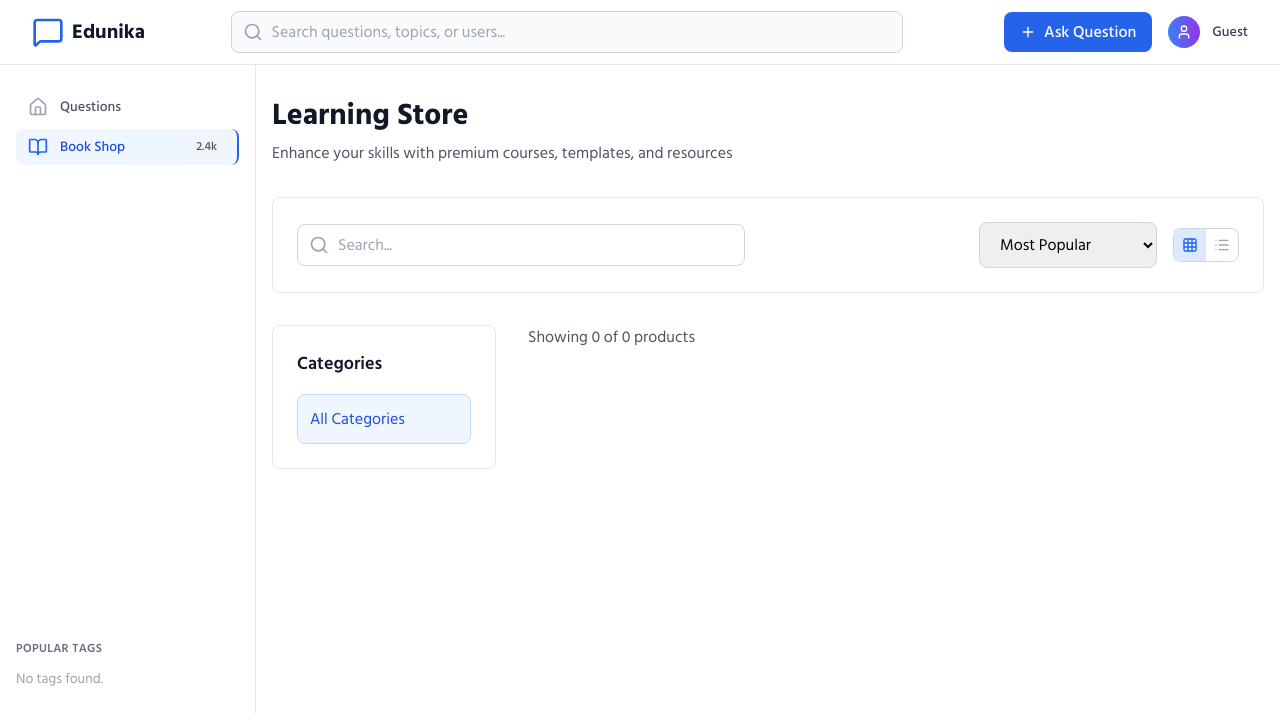
Repository: Ruddro420/forum-front-end
Page: /shop
These files come from the project's save history. The page is drawn as it stood at one moment and after the next save; the edit follows.
The browser window is 1280 px wide. The pictures show the whole page.
The page's requests for data from a server got no answer. The project was rebuilt for these pictures with package versions that can differ from the ones it lists, and the page was loaded fresh each time. No one was signed in, and anything a server would have sent is missing. Also part of the build but not shown: vite.config.js, src/Pages/Home.jsx, src/components/FilterBar.jsx, src/components/ActivityFeed.jsx, src/components/StatsWidget.jsx, src/components/Question/QuestionCard.jsx, src/components/Question/QuestionList.jsx, src/Pages/ForumPage.jsx and 11 more.

Above is the page before, as saved 2025-08-08 01:53:39.

### index.html
<!doctype html>
<html lang="en" data-theme="light">

<head>
  <meta charset="UTF-8" />
  <link rel="icon" type="image/svg+xml" href="/vite.svg" />
  <meta name="viewport" content="width=device-width, initial-scale=1.0" />
  <link rel="preconnect" href="https://fonts.googleapis.com">
  <link rel="preconnect" href="https://fonts.gstatic.com" crossorigin>
  <link href="https://fonts.googleapis.com/css2?family=Hind+Siliguri:wght@300;400;500;600;700&display=swap"
    rel="stylesheet">
  <style>
    body {
      font-family: "Hind Siliguri", sans-serif !important;
    }
  </style>
  <title>Edunika</title>
</head>

<body>
  <div id="root"></div>
  <script type="module" src="/src/main.jsx"></script>
</body>

</html>

### src/main.jsx
import { StrictMode } from 'react'
import { createRoot } from 'react-dom/client'
import './index.css'
import { createBrowserRouter, RouterProvider } from "react-router";
import MainLayout from './Layouts/MainLayout';
import Home from './Pages/Home';
import ForumPage from './Pages/ForumPage';
import AskQuestion from './Pages/AskQuestion';
import ShopPage from './Pages/ShopPage';
import QuestionDetail from './Pages/QuestionDetail';
import ChatInterface from './Pages/ChatInterface';
import StudentProfile from './Pages/StudentProfile';
import StudentDashboard from './Pages/StudentDashboard';
import Register from './Pages/Register';
import Login from './Pages/Login';
import PrivateRoute from './Auth/PrivateRoute';
import { AuthProvider } from './Auth/context/AuthContext';
import Categories from './Pages/Categories';

const router = createBrowserRouter([
  {
    path: "",
    element: <MainLayout />,
    children: [
      { path: "/", element: <ForumPage /> },
      { path: "/questions", element: <ForumPage /> },
      { path: "/shop", element: <ShopPage /> },
      { path: "/category/:id", element: <Categories /> },
    ]
  },
  {
    path: "",
    element: <PrivateRoute><MainLayout /></PrivateRoute>,
    children: [
      { path: "/ask-question", element: <AskQuestion /> },
      { path: "/question-detail/:id", element: <QuestionDetail /> },
      { path: "/chat/", element: <ChatInterface /> },
      { path: "/profile", element: <StudentProfile /> },
      { path: "/dashboard", element: <StudentDashboard /> },

    ]
  },
  { path: "/register", element: <Register /> },
  { path: "/login", element: <Login /> }
]);

createRoot(document.getElementById('root')).render(
  <StrictMode>
    <AuthProvider>
      <RouterProvider router={router} />
    </AuthProvider>
  </StrictMode>,
)

### src/index.css
@tailwind base;
@tailwind components;
@tailwind utilities;
/* @import url('https://fonts.googleapis.com/css2?family=Hind+Siliguri:wght@300;400;500;600;700&display=swap'); */






/* :root {
  font-family: system-ui, Avenir, Helvetica, Arial, sans-serif;
  line-height: 1.5;
  font-weight: 400;

  color-scheme: light dark;
  color: rgba(255, 255, 255, 0.87);
  background-color: #242424;

  font-synthesis: none;
  text-rendering: optimizeLegibility;
  -webkit-font-smoothing: antialiased;
  -moz-osx-font-smoothing: grayscale;
}

@media (prefers-color-scheme: light) {
  :root {
    color: #213547;
    background-color: #ffffff;
  }
  a:hover {
    color: #747bff;
  }
  button {
    background-color: #f9f9f9;
  }
}
 */

### src/Layouts/MainLayout.jsx
import { useState } from "react";
import Header from "./Header";
import { Outlet } from "react-router";
import Sidebar from "./Sidebar";
import { Toaster } from "react-hot-toast";
import ScrollToTop from "../components/ScrollToTop";
import { useAuth } from "../Auth/context/AuthContext";


const MainLayout = () => {
  const [isSidebarOpen, setIsSidebarOpen] = useState(false);
  const { user, logout } = useAuth();

  return (
    <>
      <ScrollToTop />
      {/* {user ? (
        <>
          <span className="text-gray-700">Hi, {user.name}</span>
          <button
            onClick={logout}
            className="bg-red-500 text-white px-3 py-1 rounded hover:bg-red-600"
          >
            Logout
          </button>
        </>
      ) : (
        <a href="/login" className="text-blue-600">Login</a>
      )} */}
      <Header
        onMenuToggle={() => setIsSidebarOpen(!isSidebarOpen)}
        isMenuOpen={isSidebarOpen}
      />
      <div className="flex">
        <Sidebar
          isOpen={isSidebarOpen}
          onClose={() => setIsSidebarOpen(false)}
        />
        <main className="flex-1 lg:ml-0">
          <Outlet />
        </main>
      </div>
      <Toaster position='top-center' />
    </>
  );
};

export default MainLayout;

### src/Pages/ShopPage.jsx
import { useEffect, useState } from 'react';
import {
  MessageCircle,
  Star,
  Search,
  Grid,
  List,
  Heart,
  Award,
  BookOpen,
  Video,
  Download,
  Clock,
  Users,
  CheckCircle
} from 'lucide-react';
import { useNavigate } from 'react-router';

const ShopPage = () => {
  const [products, setProducts] = useState([]);
  const [viewMode, setViewMode] = useState('grid');
  const [selectedCategory, setSelectedCategory] = useState('all');
  const [selectedSubCategory, setSelectedSubCategory] = useState('all');
  const [sortBy, setSortBy] = useState('popular');
  const [categories, setCategories] = useState([]);
  const [subCategories, setSubCategories] = useState([]);

  const navigate = useNavigate();

  // Fetch products from API
  useEffect(() => {
    fetch(`${import.meta.env.VITE_SERVER_API}/data/active/books`) // <-- Replace with your actual endpoint
      .then((res) => res.json())
      .then((data) => {
        if (data.success) {
          setProducts(data.data);

          // Extract unique categories and subcategories from data
          const cats = [];
          const subs = [];
          data.data.forEach((item) => {
            if (item.category && !cats.find((c) => c.id === item.category.id)) {
              cats.push(item.category);
            }
            if (item.sub_category && !subs.find((s) => s.id === item.sub_category.id)) {
              subs.push(item.sub_category);
            }
          });

          setCategories(cats);
          setSubCategories(subs);
        }
      });
  }, []);

  console.log(products);


  const filteredProducts = products.filter((product) => {
    const categoryMatch = selectedCategory === 'all' || product.category?.id === selectedCategory;
    const subCategoryMatch = selectedSubCategory === 'all' || product.sub_category?.id === selectedSubCategory;
    return categoryMatch && subCategoryMatch;
  });

  const getProductIcon = (type) => {
    switch (type) {
      case 'course': return Video;
      case 'ebook': return BookOpen;
      case 'template': return Download;
      case 'certification': return Award;
      case 'mentorship': return Users;
      default: return BookOpen;
    }
  };

  return (
    <div className="mx-auto px-4 py-8">
      <div className="mb-8">
        <h1 className="text-3xl font-bold text-gray-900 mb-2">Learning Store</h1>
        <p className="text-gray-600">Enhance your skills with premium courses, templates, and resources</p>
      </div>

      {/* Filters */}
      <div className="bg-white rounded-lg border border-gray-200 p-6 mb-8">
        <div className="flex flex-col lg:flex-row lg:items-center lg:justify-between space-y-4 lg:space-y-0">
          <div className="flex-1 max-w-md">
            <div className="relative">
              <Search className="h-5 w-5 absolute left-3 top-1/2 transform -translate-y-1/2 text-gray-400" />
              <input
                type="text"
                placeholder="Search..."
                className="w-full pl-10 pr-4 py-2 border border-gray-300 rounded-lg focus:outline-none focus:ring-2 focus:ring-blue-500"
              />
            </div>
          </div>

          <div className="flex items-center space-x-4">
            <select
              value={sortBy}
              onChange={(e) => setSortBy(e.target.value)}
              className="px-4 py-2 border border-gray-300 rounded-lg focus:outline-none focus:ring-2 focus:ring-blue-500"
            >
              <option value="popular">Most Popular</option>
              <option value="newest">Newest</option>
              <option value="price-low">Price: Low to High</option>
              <option value="price-high">Price: High to Low</option>
              <option value="rating">Highest Rated</option>
            </select>

            <div className="flex border border-gray-300 rounded-lg">
              <button
                onClick={() => setViewMode('grid')}
                className={`p-2 ${viewMode === 'grid' ? 'bg-blue-100 text-blue-600' : 'text-gray-400'}`}
              >
                <Grid className="h-4 w-4" />
              </button>
              <button
                onClick={() => setViewMode('list')}
                className={`p-2 ${viewMode === 'list' ? 'bg-blue-100 text-blue-600' : 'text-gray-400'}`}
              >
                <List className="h-4 w-4" />
              </button>
            </div>
          </div>
        </div>
      </div>

      <div className="grid grid-cols-1 lg:grid-cols-4 gap-8">
        {/* Sidebar */}
        <div className="lg:col-span-1">
          <div className="bg-white rounded-lg border border-gray-200 p-6 sticky top-8">
            <h3 className="text-lg font-semibold text-gray-900 mb-4">Categories</h3>
            <div className="space-y-2">
              <button
                onClick={() => {
                  setSelectedCategory('all');
                  setSelectedSubCategory('all');
                }}
                className={`w-full p-3 rounded-lg text-left transition-colors ${selectedCategory === 'all' ? 'bg-blue-50 text-blue-700 border border-blue-200' : 'hover:bg-gray-50 text-gray-700'}`}
              >
                All Categories
              </button>
              {categories.map((category) => (
                <button
                  key={category.id}
                  onClick={() => {
                    setSelectedCategory(category.id);
                    setSelectedSubCategory('all');
                  }}
                  className={`w-full p-3 rounded-lg text-left transition-colors ${selectedCategory === category.id ? 'bg-blue-50 text-blue-700 border border-blue-200' : 'hover:bg-gray-50 text-gray-700'}`}
                >
                  {category.name}
                </button>
              ))}
            </div>

            {/* Sub Categories */}
            {selectedCategory !== 'all' && (
              <>
                <h4 className="text-md font-semibold text-gray-800 mt-6 mb-2">Sub-Categories</h4>
                <div className="space-y-2">
                  <button
                    onClick={() => setSelectedSubCategory('all')}
                    className={`w-full p-2 rounded-lg text-left transition-colors ${selectedSubCategory === 'all' ? 'bg-blue-50 text-blue-700 border border-blue-200' : 'hover:bg-gray-50 text-gray-700'}`}
                  >
                    All Sub-Categories
                  </button>
                  {subCategories
                    .filter((sub) => sub.category_id === selectedCategory)
                    .map((sub) => (
                      <button
                        key={sub.id}
                        onClick={() => setSelectedSubCategory(sub.id)}
                        className={`w-full p-2 rounded-lg text-left transition-colors ${selectedSubCategory === sub.id ? 'bg-blue-50 text-blue-700 border border-blue-200' : 'hover:bg-gray-50 text-gray-700'}`}
                      >
                        {sub.name}
                      </button>
                    ))}
                </div>
              </>
            )}
          </div>
        </div>

        {/* Products */}
        <div className="lg:col-span-3">
          <div className="mb-6 flex items-center justify-between">
            <p className="text-gray-600">
              Showing {filteredProducts.length} of {products.length} products
            </p>
          </div>

          <div className={viewMode === 'grid' ? 'grid grid-cols-1 md:grid-cols-2 xl:grid-cols-3 gap-6' : 'space-y-6'}>
            {filteredProducts.map((product) => {
              const ProductIcon = getProductIcon(product.type);

              return (
                <div key={product.id} className={`bg-white rounded-lg border border-gray-200 overflow-hidden hover:shadow-lg transition-shadow ${viewMode === 'list' ? 'flex' : ''}`}>
                  <div className={`relative ${viewMode === 'list' ? 'w-48 flex-shrink-0' : 'aspect-video'}`}>
                    <img
                      src={`http://192.168.1.104:8000/${product.cover_image}`}
                      alt={product.name}
                      className="w-full h-full object-cover"
                    />
                    <div className="absolute top-3 left-3 flex space-x-2">
                      <div className="bg-white bg-opacity-90 p-1 rounded">
                        <ProductIcon className="h-4 w-4 text-gray-600" />
                      </div>
                    </div>
                    <button className="absolute top-3 right-3 p-2 bg-white bg-opacity-90 rounded-full hover:bg-white transition-colors">
                      <Heart className="h-4 w-4 text-gray-600" />
                    </button>
                  </div>

                  <div className="p-6 flex-1">
                    <h3 className="font-semibold text-gray-900 text-lg mb-2">{product.name}</h3>
                    <p className="text-gray-600 text-sm mb-4 line-clamp-2">{product.description}</p>
                    <div className="flex items-center space-x-2 mb-4">
                      <span className="text-2xl font-bold text-gray-900">৳{product.price}</span>
                    </div>
                    <button
                      onClick={() => navigate(`/chat/?seller=${product?.instructor?.id || 1}`)}
                      className="bg-blue-600 hover:bg-blue-700 text-white px-4 py-2 rounded-lg font-medium transition-colors flex items-center"
                    >
                      <MessageCircle className="h-4 w-4 mr-2" />
                      Chat with Seller
                    </button>
                  </div>
                </div>
              );
            })}
          </div>
        </div>
      </div>
    </div>
  );
};

export default ShopPage;

### src/Layouts/Header.jsx
import React, { useState } from 'react';
import { Search, Bell, MessageSquare, User, Menu, X, Plus } from 'lucide-react';
import { useNavigate } from 'react-router';
import { useAuth } from '../Auth/context/AuthContext';

const Header = ({ onMenuToggle, isMenuOpen }) => {
  const [isSearchFocused, setIsSearchFocused] = useState(false);
  const navigate = useNavigate();
  // load users
  const {user} = useAuth();
  // console.log(user);


  return (
    <header className="bg-white border-b border-gray-200 sticky top-0 z-[999]">
      <div className=" mx-auto px-4 sm:px-6 lg:px-8">
        <div className="flex justify-between items-center h-16">
          {/* Logo and Mobile Menu */}
          <div className="flex items-center">
            <button
              onClick={onMenuToggle}
              className="lg:hidden p-2 rounded-md text-gray-400 hover:text-gray-500 hover:bg-gray-100 transition-colors"
            >
              {isMenuOpen ? <X className="h-6 w-6" /> : <Menu className="h-6 w-6" />}
            </button>
            <div className="flex items-center ml-2 lg:ml-0">
              <MessageSquare className="h-8 w-8 text-blue-600" />
              <span className="ml-2 text-xl font-bold text-gray-900">Edunika</span>
            </div>
          </div>

          {/* Search Bar */}
          <div className="flex-1 max-w-2xl mx-8 hidden md:block">
            <div className="relative">
              <div className="absolute inset-y-0 left-0 pl-3 flex items-center pointer-events-none">
                <Search className={`h-5 w-5 transition-colors ${isSearchFocused ? 'text-blue-500' : 'text-gray-400'}`} />
              </div>
              <input
                type="text"
                placeholder="Search questions, topics, or users..."
                className="block w-full pl-10 pr-4 py-2 border border-gray-300 rounded-lg bg-gray-50 focus:outline-none focus:ring-2 focus:ring-blue-500 focus:border-transparent focus:bg-white transition-all"
                onFocus={() => setIsSearchFocused(true)}
                onBlur={() => setIsSearchFocused(false)}
              />
            </div>
          </div>

          {/* Actions */}
          <div className="flex items-center space-x-4">
            <button className="md:hidden p-2 text-gray-400 hover:text-gray-500">
              <Search className="h-5 w-5" />
            </button>

            <button onClick={()=>navigate("/ask-question")} className="bg-blue-600 hover:bg-blue-700 text-white px-4 py-2 rounded-lg font-medium transition-colors flex items-center">
              <Plus className="h-4 w-4 mr-2" />
              <span className="hidden sm:inline">Ask Question</span>
            </button>

            {/* <button className="p-2 text-gray-400 hover:text-gray-500 relative">
              <Bell className="h-5 w-5" />
              <span className="absolute -top-1 -right-1 h-4 w-4 bg-red-500 rounded-full text-xs text-white flex items-center justify-center">3</span>
            </button> */}

            <div onClick={()=>navigate("/profile")} className="flex items-center space-x-3 cursor-pointer">
              <div className="w-8 h-8 bg-gradient-to-r from-blue-500 to-purple-600 rounded-full flex items-center justify-center">
                <User className="h-4 w-4 text-white" />
              </div>
              <span className="hidden sm:block text-sm font-medium text-gray-700">{user?.first_name ? user?.first_name : 'Guest'}</span>
            </div>
          </div>
        </div>
      </div>
    </header>
  );
};

export default Header;

### src/Layouts/Sidebar.jsx
import { BookOpen, Clock, Home, Star, Tag, TrendingUp, Users } from "lucide-react";
import { Link, useLocation } from "react-router";
import { useAuth } from "../Auth/context/AuthContext";

const Sidebar = ({ isOpen, onClose }) => {
  const location = useLocation();
  const { fetauredTag } = useAuth();

  const navigationItems = [
    { icon: Home, label: 'Questions', count: null, url: "/" },
    // { icon: TrendingUp, label: 'Trending', count: null, url: "#" },
    { icon: BookOpen, label: 'Book Shop', count: '2.4k', url: "/shop" },
    // { icon: Users, label: 'Users', count: '890', url: "#" },
    // { icon: Tag, label: 'Tags', count: null, url: "#" },
  ];

  // Convert fetauredTag object to array and limit to 9
 const tagColors = [
  'bg-yellow-100 text-yellow-800',
  'bg-blue-100 text-blue-800',
  'bg-green-100 text-green-800',
  'bg-purple-100 text-purple-800',
  'bg-pink-100 text-pink-800',
];

  const featuredTags = fetauredTag
    ? Object.entries(fetauredTag)
      .slice(0, 5)
      .map(([name, count],index) => ({
        name,
        count,
        color: tagColors[index % tagColors.length], // loop through colors
      }))
    : [];


  return (
    <>
      {/* Mobile Overlay */}
      {isOpen && (
        <div
          className="fixed inset-0 z-40 bg-black bg-opacity-50 lg:hidden"
          onClick={onClose}
        />
      )}

      {/* Sidebar */}
      <aside
        className={`fixed inset-y-0 left-0 z-50 w-64 bg-white border-r border-gray-200 transform transition-transform duration-300 ease-in-out lg:translate-x-0 lg:static lg:inset-0 ${isOpen ? 'translate-x-0' : '-translate-x-full'
          }`}
      >
        <div className="flex flex-col lg:min-h-[90vh] pt-4 lg:pt-6">
          {/* Navigation */}
          <nav className="flex-1 px-4 space-y-1">
            {navigationItems.map((item, index) => {
              const Icon = item.icon;
              const isActive = location.pathname === item.url;
              return (
                <Link
                  key={index}
                  to={item.url}
                  className={`group flex items-center px-3 py-2 text-sm font-medium rounded-lg transition-colors ${isActive
                    ? 'bg-blue-50 text-blue-700 border-r-2 border-blue-600'
                    : 'text-gray-600 hover:text-gray-900 hover:bg-gray-50'
                    }`}
                >
                  <Icon
                    className={`mr-3 h-5 w-5 ${isActive
                      ? 'text-blue-600'
                      : 'text-gray-400 group-hover:text-gray-500'
                      }`}
                  />
                  <span className="flex-1">{item.label}</span>
                  {item.count && (
                    <span className="ml-2 bg-gray-100 text-gray-600 py-0.5 px-2 rounded-full text-xs">
                      {item.count}
                    </span>
                  )}
                </Link>
              );
            })}
          </nav>

          {/* Popular Tags */}
          <div className="px-4 py-6">
            <h3 className="text-xs font-semibold text-gray-500 uppercase tracking-wide mb-3">
              Popular Tags
            </h3>
            <div className="space-y-2">
              {featuredTags.length > 0 ? (
                featuredTags.map((tag, index) => (
                  <div key={index}>
                    <a
                      key={index}
                      href="#"
                      className={`flex items-center justify-between p-2 rounded-lg hover:bg-gray-50 transition-colors`}>
                      <span
                        className={`px-2 py-1 rounded text-xs font-medium ${tag.color}`}
                      >
                        {tag.name?.toUpperCase()}
                      </span>
                      <span className="text-xs text-gray-500">{tag.count}</span>
                    </a >
                  </div>
                ))
              ) : (
                <p className="text-sm text-gray-400">No tags found.</p>
              )}
            </div>
          </div>


          {/* Quick Stats */}
          {/* <div className="px-4 py-6 border-t border-gray-200">
            <div className="space-y-3">
              <div className="flex items-center justify-between">
                <div className="flex items-center">
                  <Star className="h-4 w-4 text-yellow-500 mr-2" />
                  <span className="text-sm text-gray-600">Reputation</span>
                </div>
                <span className="text-sm font-medium text-gray-900">2,547</span>
              </div>
              <div className="flex items-center justify-between">
                <div className="flex items-center">
                  <Clock className="h-4 w-4 text-blue-500 mr-2" />
                  <span className="text-sm text-gray-600">This Week</span>
                </div>
                <span className="text-sm font-medium text-gray-900">+127</span>
              </div>
            </div>
          </div> */}
        </div>
      </aside >
    </>
  );
};

export default Sidebar;

### src/components/ScrollToTop.jsx
import { useEffect } from 'react';
import { useLocation } from 'react-router';

const ScrollToTop = () => {
  const { pathname } = useLocation();

  useEffect(() => {
    window.scrollTo({
      top: 0,
      behavior: 'smooth', // or 'auto' if you want instant scroll
    });
  }, [pathname]);

  return null;
};

export default ScrollToTop;

Loaded but not shown: tailwind.config.js (common file); src/Auth/context/AuthContext.jsx (178 lines, source omitted)

After the next save:
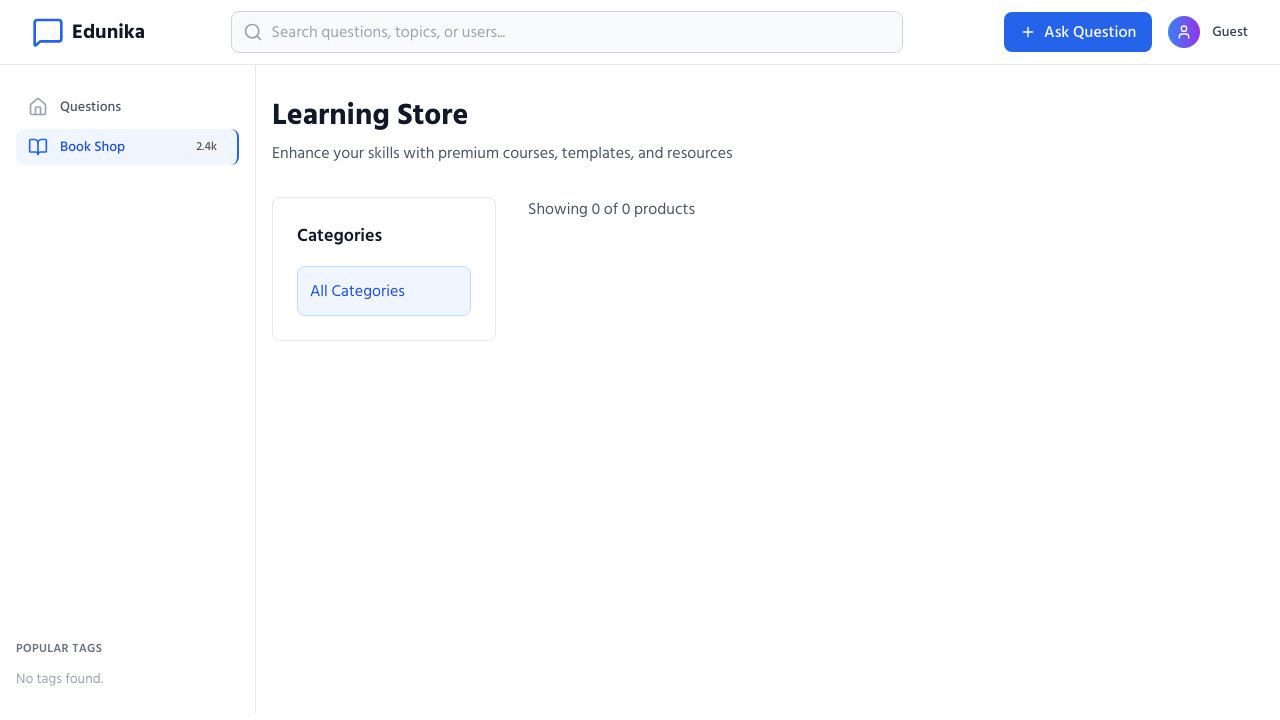
Saved 119 s later.
--- a/src/Pages/ShopPage.jsx
+++ b/src/Pages/ShopPage.jsx
@@ -81,7 +81,7 @@ const ShopPage = () => {
       </div>
 
       {/* Filters */}
-      <div className="bg-white rounded-lg border border-gray-200 p-6 mb-8">
+      {/* <div className="bg-white rounded-lg border border-gray-200 p-6 mb-8">
         <div className="flex flex-col lg:flex-row lg:items-center lg:justify-between space-y-4 lg:space-y-0">
           <div className="flex-1 max-w-md">
             <div className="relative">
@@ -123,7 +123,7 @@ const ShopPage = () => {
             </div>
           </div>
         </div>
-      </div>
+      </div> */}
 
       <div className="grid grid-cols-1 lg:grid-cols-4 gap-8">
         {/* Sidebar */}
